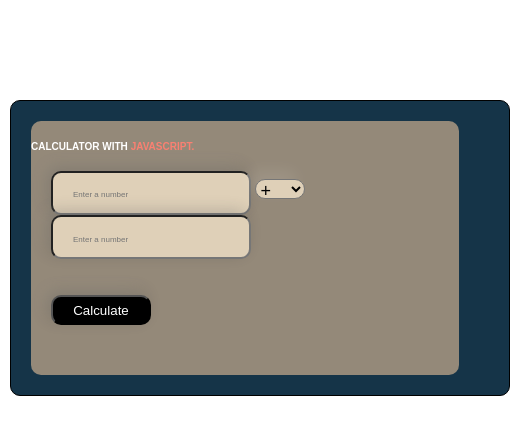
Repository: isaacCodes1/Calculator-with-js
Page: index2.html
These files come from the project's save history. The page is drawn as it stood at one moment and after a run of saves; the edit follows.
The browser window is 375 px wide. The page is 510 px wide, then 490 px, so the pictures cover 510 px, including what lies to the right of the window. The pictures show the whole page.
Some web fonts or font styles are not loaded; a fallback is used.

Above is the page before, as saved 2024-04-22 15:24:24.

After the next 3 saves:
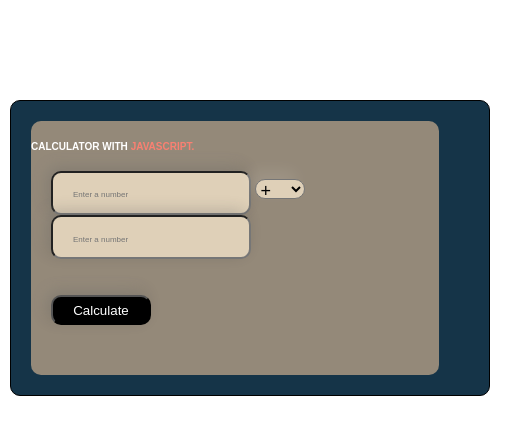
The 3 saves are shown as one change because they came seconds apart.
The last was saved 10 s later.
--- a/mediaquery.css
+++ b/mediaquery.css
@@ -4,7 +4,7 @@
   }
   .numm {
     top: 100px;
-    width: 500px;
+    width: 480px;
     left: 10px;
     padding: 20px;
     padding-right:50px ;
